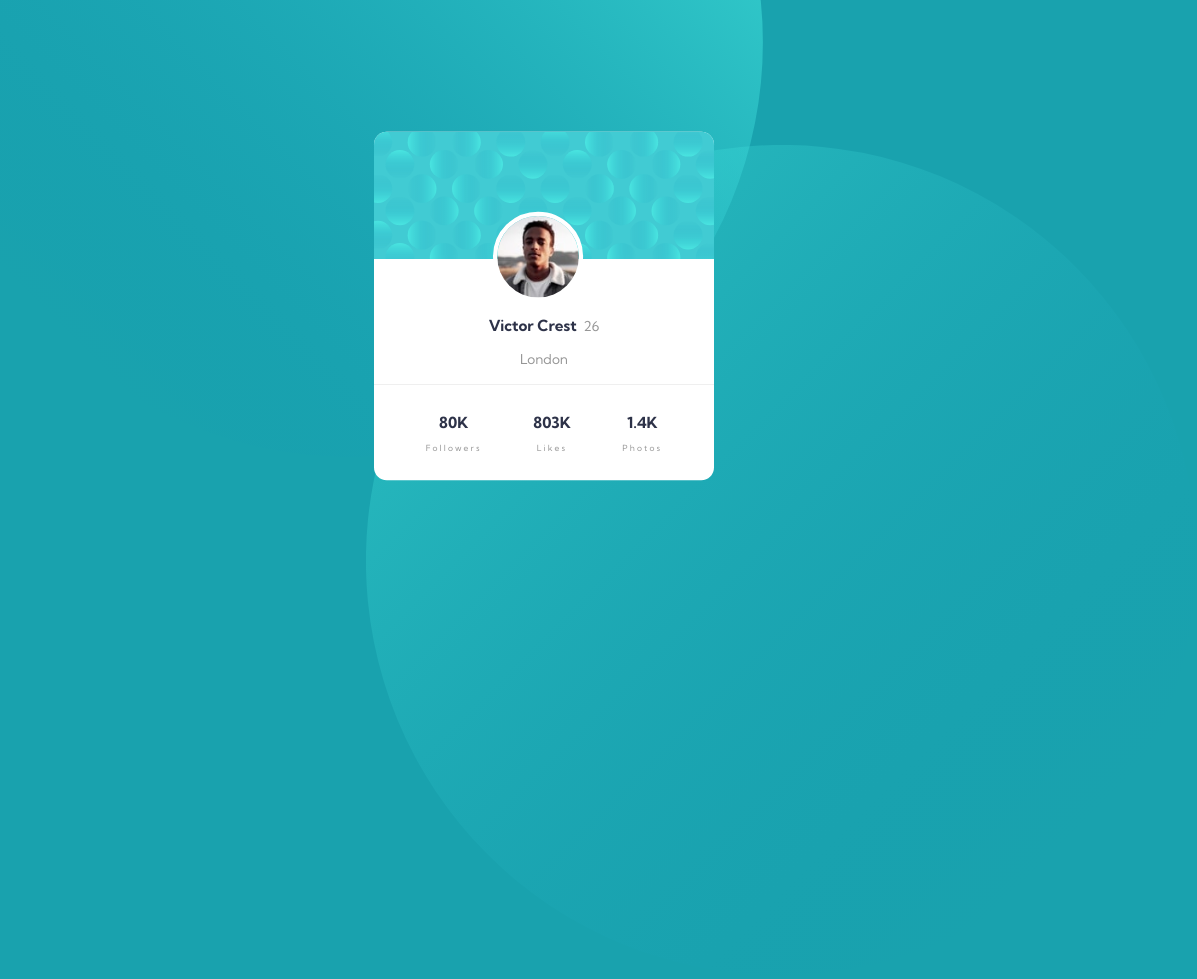
Repository: PratypartyY2K/frontendmentor-challenges
Page: profile-card-component-main/index.html
An editor plug-in stored every save of this project. The page is shown before and after the next save, followed by the edit.
The browser window is 1280 px wide. The page is 1408 px wide, so the pictures cover 1408 px, including what lies to the right of the window. The pictures show the whole page, at 85% of full size.

Above is the page before, as saved 2021-07-15 14:28:41.

### profile-card-component-main/index.html
<!DOCTYPE html>
<html lang="en">
  <head>
    <meta charset="UTF-8" />
    <meta name="viewport" content="width=device-width, initial-scale=1.0" />
    <!-- displays site properly based on user's device -->

    <link
      rel="icon"
      type="image/png"
      sizes="32x32"
      href="./images/favicon-32x32.png"
    />

    <title>Frontend Mentor | Profile card component</title>

    <link rel="stylesheet" href="style.css" />
  </head>
  <body>

    <div class="bg-upper-img">
      <img src="images/bg-pattern-top.svg">
    </div>

    <div class="card-wrapper">
      <div class="upper-div">
        <!--background-->
      </div>
      <img src="images/image-victor.jpg">
      <div class="middle-div">

          <div class="row-1"><h3>Victor Crest</h3>26</div>
          <div class="row-2">London</div>

      </div>
      <div class="stats">
        <div class="stat_element">
          <h3>80K</h3>
          Followers
        </div>
        <div class="stat_element">
          <h3>803K</h3>
          Likes
        </div>
        <div class="stat_element">
          <h3>1.4K</h3>
          Photos
        </div>
      </div>
    </div>

    <!--
    <div class="attribution">
      Challenge by
      <a href="https://www.frontendmentor.io?ref=challenge" target="_blank"
        >Frontend Mentor</a
      >. Coded by
      <a
        href="https://www.frontendmentor.io/profile/PratypartyY2K"
        target="_blank"
        >Pratyush</a
      >.

    </div>
  -->
    <div class="bg-bottom-img">
      <img src="images/bg-pattern-bottom.svg">
    </div>
  </body>
</html>

### profile-card-component-main/style.css
@import url("https://fonts.googleapis.com/css2?family=Kumbh+Sans:wght@400;700&display=swap");

:root {
  --primary-cyan: hsl(185, 75%, 39%);
  --primary-blue: hsl(229, 23%, 23%);
  --primary-grayish-blue: hsl(227, 10%, 46%);
  --neutral-dark-gray: hsl(0, 0%, 59%);
}

* {
    box-sizing: border-box;
}

body {
  font-family: "Kumbh Sans", sans-serif;
  position: relative;
  background-color: var(--primary-cyan);
  min-height: 100vh;
  display: flex;
  flex-direction: column;
  justify-content: center;
  align-items: center;
  margin: 0;
  overflow: hidden;
}

h3 {
    color: var(--primary-blue);
    font-weight: 700;
}

.card-wrapper {
    display: flex;
    flex-direction: column;
    background-color: white;
    width: 400px;
    position: relative;
    border-radius: 15px;
    overflow: hidden;
    text-align: center;
    color: var(--neutral-dark-gray);
}

.upper-div {
    background-image: url('images/bg-pattern-card.svg');
    background-repeat: no-repeat;
    background-size: cover;
    height: 150px;
}

.card-wrapper img {
    position: absolute;
    border-radius: 50%;
    border: 5px solid white;
    left: 35%;
    top: 23%;
}

.middle-div {
    display: flex;
    flex-direction: column;
    margin: 3rem 0 1.25rem 0;
}

.row-1 {
    display: flex;
    justify-content: center;
    align-items: center;
}

.row-1 h3 {
    padding: 0;
    margin-right: 0.5rem;
    font-size: 18px;
}

.stats {
    display: flex;
    justify-content: space-evenly;
    border-top: 0.5px solid hsla(0, 0%, 59%, 0.2);
}

.stat_element {
    display: flex;
    flex-direction: column;
    padding: 2rem 0;
    font-size: 10px;
    letter-spacing: 2.5px;
}

.stat_element h3 {
    margin: 0;
    margin-bottom: 0.75rem;
    font-size: 18px;
    letter-spacing: 0;
}

.bg-upper-img {
    position: absolute;
    top: -27.5rem;
    left: -5rem;
    right: 0;
    bottom: 0;
}

.bg-bottom-img {
    position: absolute;
    right: -10%;
    bottom: -60%;
    z-index:-1;
}





/*
.attribution {
  font-size: 11px;
  text-align: center;
}
.attribution a {
  color: hsl(228, 45%, 44%);
}
*/

After the next save:
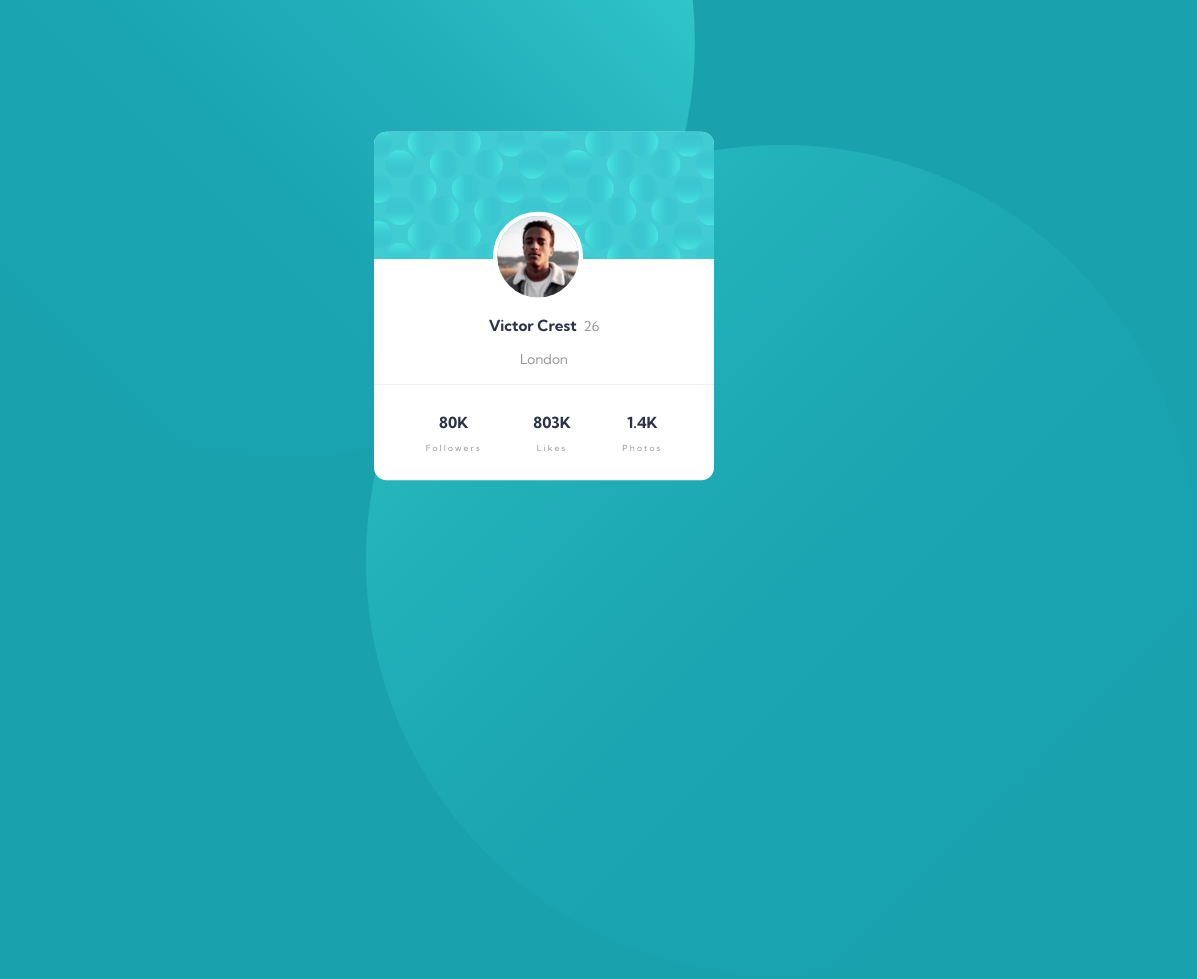
Saved 5 s later.
--- a/profile-card-component-main/style.css
+++ b/profile-card-component-main/style.css
@@ -98,7 +98,7 @@ h3 {
 .bg-upper-img {
     position: absolute;
     top: -27.5rem;
-    left: -5rem;
+    left: -10rem;
     right: 0;
     bottom: 0;
 }
